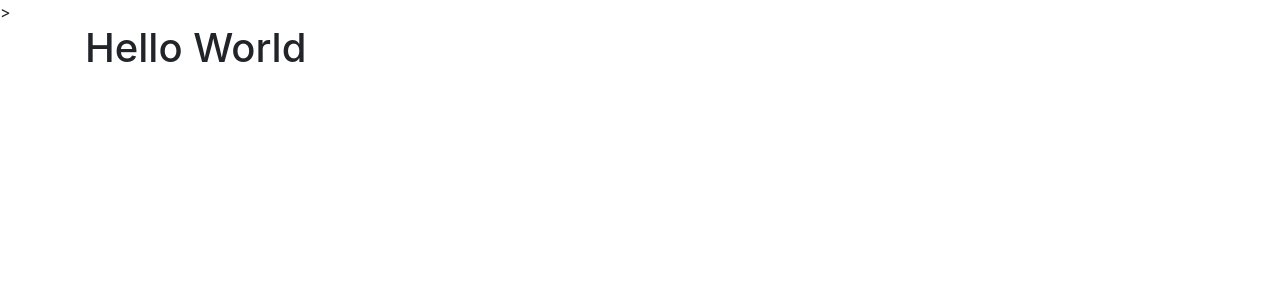
Repository: CKM206/WEBD6201-W2021-Week1
Page: index.html
An editor plug-in stored every save of this project. The page is shown before and after the next save, followed by the edit.
The browser window is 1280 px wide. The pictures show the whole page.

Above is the page before, as saved 2021-01-14 09:15:08.

### index.html
<!doctype html>
<html lang="en">
    <head>
        <meta charset="UTF-8">
        <meta name="viewport" content="width=device-width, initial-scale=1.0">
        <title>Hello World!</title>>
        <!-- CSS Section -->
        <!-- Inject Bootstrap first, always-->
        <link rel="stylesheet"
             href="./node_modules/bootstrap/dist/css/bootstrap.min.css">
        <!-- Now inject Icon Fonts using Font Awesome-->
        <link rel="stylesheet"
             href="./node_modules/@fortawesome/fontawesome-free/css/all.min.css">
        <!-- Now inject our custom css-->
        <link rel="stylesheet" href="./Content/app.css">
    </head>
    <body>
        <div class="container">
            <h1>Hello World</h1>
        </div>
        <!-- JavaScript Section-->
        <script src="./node_modules/jquery/dist/jquery.min.js"></script>
        <script src="./node_modules/bootstrap/dist/js/bootstrap.bundle.min.js"></script>
        <script src="./Scripts/app.js"></script>
    </body>
</html>

### Content/app.css
/* Custom Css Goes Here */

### Scripts/app.js
/* Custom Scripts Go Here */

// IIFE - Immediatley Invoked Function Expression
//AKA: Anonymous Self-Executing Function
(function()
{
    function Start()
    {
        console.log("App Started...");

        for (let index = 0; index < 5; index++) {
            console.log(index);

        }

    }

    window.addEventListener("load", Start);

    /*
    window.addEventListener("load", ())
        console.log("App Started...");
    */

})();

Loaded but not shown: node_modules/bootstrap/dist/css/bootstrap.min.css (library); node_modules/@fortawesome/fontawesome-free/css/all.min.css (library); node_modules/jquery/dist/jquery.min.js (library); node_modules/bootstrap/dist/js/bootstrap.bundle.min.js (library)

After the next save:
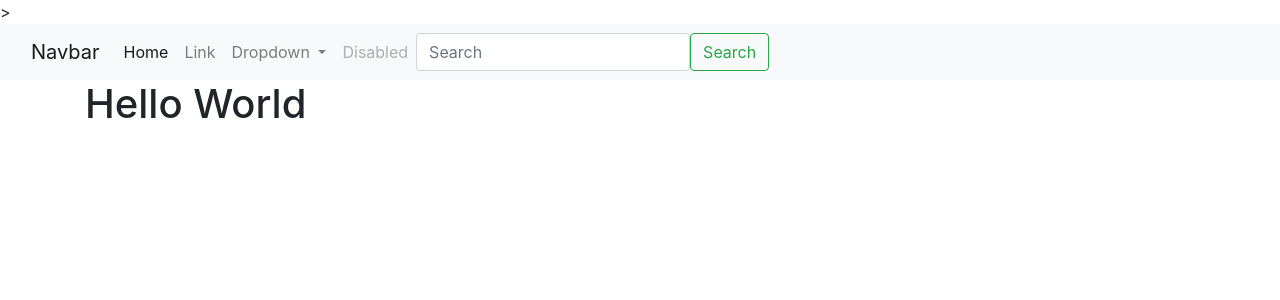
Saved 48 s later.
--- a/index.html
+++ b/index.html
@@ -15,9 +15,49 @@
         <link rel="stylesheet" href="./Content/app.css">
     </head>
     <body>
+        <nav class="navbar navbar-expand-lg navbar-light bg-light">
+            <div class="container-fluid">
+              <a class="navbar-brand" href="#">Navbar</a>
+              <button class="navbar-toggler" type="button" data-bs-toggle="collapse" data-bs-target="#navbarSupportedContent" aria-controls="navbarSupportedContent" aria-expanded="false" aria-label="Toggle navigation">
+                <span class="navbar-toggler-icon"></span>
+              </button>
+              <div class="collapse navbar-collapse" id="navbarSupportedContent">
+                <ul class="navbar-nav me-auto mb-2 mb-lg-0">
+                  <li class="nav-item">
+                    <a class="nav-link active" aria-current="page" href="#">Home</a>
+                  </li>
+                  <li class="nav-item">
+                    <a class="nav-link" href="#">Link</a>
+                  </li>
+                  <li class="nav-item dropdown">
+                    <a class="nav-link dropdown-toggle" href="#" id="navbarDropdown" role="button" data-bs-toggle="dropdown" aria-expanded="false">
+                      Dropdown
+                    </a>
+                    <ul class="dropdown-menu" aria-labelledby="navbarDropdown">
+                      <li><a class="dropdown-item" href="#">Action</a></li>
+                      <li><a class="dropdown-item" href="#">Another action</a></li>
+                      <li><hr class="dropdown-divider"></li>
+                      <li><a class="dropdown-item" href="#">Something else here</a></li>
+                    </ul>
+                  </li>
+                  <li class="nav-item">
+                    <a class="nav-link disabled" href="#" tabindex="-1" aria-disabled="true">Disabled</a>
+                  </li>
+                </ul>
+                <form class="d-flex">
+                  <input class="form-control me-2" type="search" placeholder="Search" aria-label="Search">
+                  <button class="btn btn-outline-success" type="submit">Search</button>
+                </form>
+              </div>
+            </div>
+          </nav>
+
+
         <div class="container">
             <h1>Hello World</h1>
         </div>
+
+
         <!-- JavaScript Section-->
         <script src="./node_modules/jquery/dist/jquery.min.js"></script>
         <script src="./node_modules/bootstrap/dist/js/bootstrap.bundle.min.js"></script>
